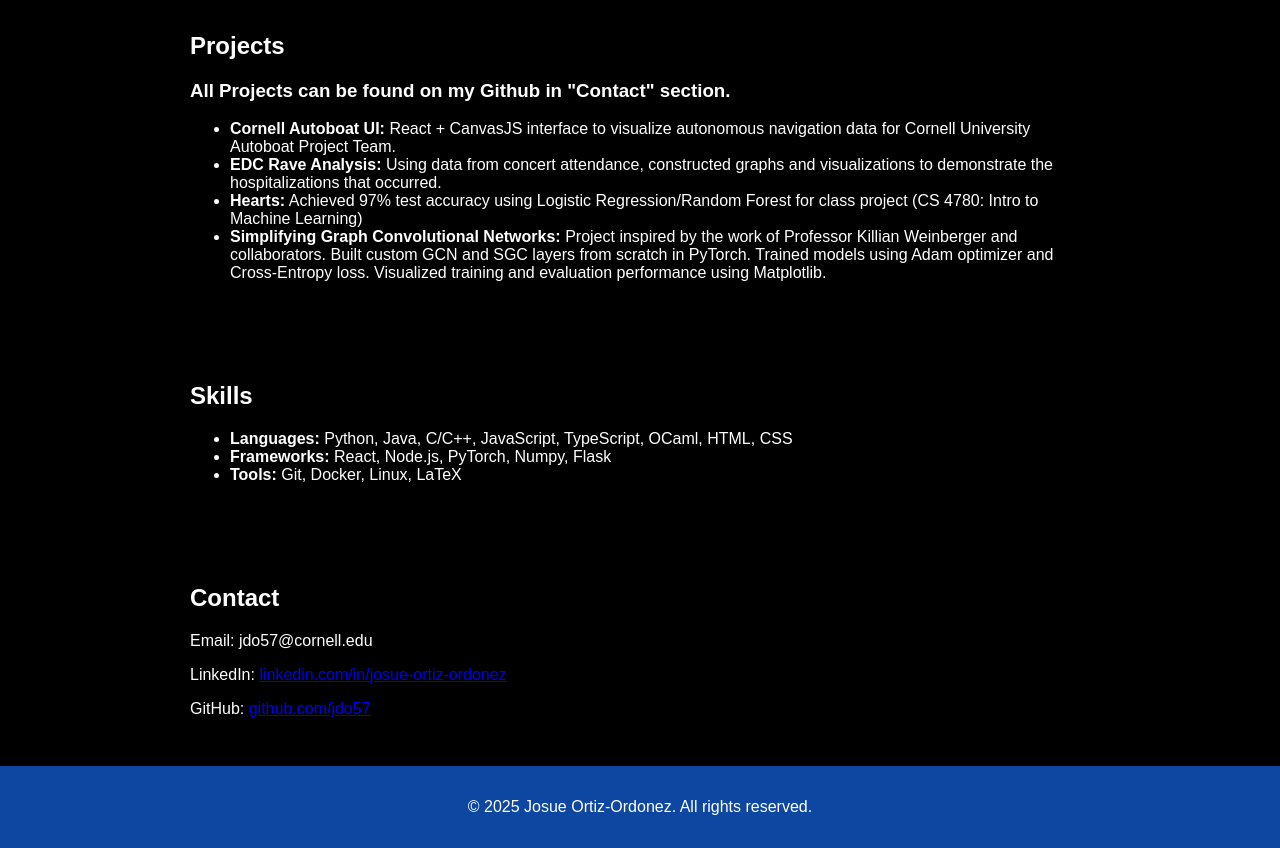
Repository: jdo57/Website
Page: index.html
These files come from the project's save history. The page is drawn as it stood at one moment and after the next save; the edit follows.
The browser window is 1280 px wide. The pictures show the part of the page from y = 1281 to 2129 px (the page is 2129 px tall before and 2095 px after).
A picture or video elsewhere on the page could not be fetched, so the positions and the page height are approximate.

Above is the page before, as saved 2025-05-26 21:42:33.

### index.html
<!DOCTYPE html>
<html lang="en">
<head>
  <meta charset="UTF-8" />
  <meta name="viewport" content="width=device-width, initial-scale=1.0" />
  <title>Josue Ortiz-Ordonez | Portfolio</title>
  <style>
    :root {
      --primary-color: #0d47a1;
      --background-color: #000000;
      --text-color: #ffffff;
      --accent-color: #1976d2;
    }

    body {
      margin: 0;
      font-family: Arial, sans-serif;
      background-color: var(--background-color);
      color: var(--text-color);
    }

    header {
      background-color: var(--primary-color);
      padding: 2rem;
      text-align: center;
    }

    header h1 {
      margin: 0;
      font-size: 2.5rem;
    }

    nav {
      display: flex;
      justify-content: center;
      background-color: var(--accent-color);
      padding: 0.5rem;
    }

    nav a {
      margin: 0 1rem;
      color: white;
      text-decoration: none;
      font-weight: bold;
    }

    nav a:hover {
      text-decoration: underline;
    }

    section {
      padding: 2rem;
      max-width: 900px;
      margin: auto;
    }

    footer {
      background-color: var(--primary-color);
      color: white;
      text-align: center;
      padding: 1rem;
      position: relative;
    }

  </style>
</head>
<body>
  <header>
    <h1>Josue Ortiz-Ordonez</h1>
    <p>Software/Machine Learning Engineer</p>
  </header>

  <nav>
    <a href="#about">About</a>
    <a href="#projects">Projects</a>
    <a href="#skills">Skills</a>
    <a href="#contact">Contact</a>
  </nav>

  <section id="about" style="display: flex; flex-wrap: wrap; gap: 2rem; align-items: center; justify-content: center; padding: 3rem 1rem; background-color: #000;">
    <!-- Profile Image + Icons -->
    <div style="text-align: center;">
      <img src="./images/me.jpeg" alt="Josue Ortiz-Ordonez" style="width: 200px; border-radius: 50%; border: 3px solid #1976d2;" />
      <div style="margin-top: 1rem;">
        <a href="mailto:jdo57@cornell.edu" target="_blank" style="margin: 0 10px;">
          <img src="https://img.icons8.com/ios-filled/30/ffffff/new-post.png" alt="Email"/>
        </a>
        <a href="https://www.linkedin.com/in/josue-ortiz-ordonez" target="_blank" style="margin: 0 10px;">
          <img src="https://img.icons8.com/ios-filled/30/ffffff/linkedin.png" alt="LinkedIn"/>
        </a>
        <a href="https://github.com/jdo57" target="_blank" style="margin: 0 10px;">
          <img src="https://img.icons8.com/ios-filled/30/ffffff/github.png" alt="GitHub"/>
        </a>
      </div>
    </div>

    <!-- About Text -->
    <div style="max-width: 500px;">
      <h2>About Me</h2>
      <p>
        My name is Josue Ortiz-Ordonez and I am currently a student at Cornell University within
        the College of Engineering. I am a computer science major with potential minors in operations
        research in engineering (ORIE) and Latino Studies!
      </p>
    </div>
  </section>


  <section id="projects">
    <h2>Projects</h2>
    <h3> All Projects can be found on my Github in "Contact" section. </h3>
    <ul>
      <li><strong>Cornell Autoboat UI:</strong> React + CanvasJS interface to visualize autonomous navigation data for Cornell University Autoboat Project Team.</li>
      <li><strong>EDC Rave Analysis:</strong>  Using data from concert attendance, constructed graphs and visualizations to demonstrate the hospitalizations that occurred.</li>
      <li><strong>Hearts:</strong> Achieved 97% test accuracy using Logistic Regression/Random Forest for
      class project (CS 4780: Intro to Machine Learning)</li>
      <li> <strong> Simplifying Graph Convolutional Networks:</strong>
        Project inspired by the work of Professor Killian Weinberger and collaborators.
        Built custom GCN and SGC layers from scratch in PyTorch. Trained models using Adam optimizer and Cross-Entropy loss.
        Visualized training and evaluation performance using Matplotlib.
      </li>

    </ul>
  </section>

  <section id="skills">
    <h2>Skills</h2>
    <ul>
      <li><strong> Languages:</strong> Python, Java, C/C++, JavaScript, TypeScript, OCaml, HTML, CSS </li>
      <li><strong>Frameworks:</strong> React, Node.js, PyTorch, Numpy, Flask</li>
      <li><strong>Tools:</strong> Git, Docker, Linux, LaTeX</li>
    </ul>
  </section>

  <section id="contact">
    <h2>Contact</h2>
    <p>Email: jdo57@cornell.edu</p>
    <p>LinkedIn: <a href="https://www.linkedin.com/in/josue-ortiz-ordonez/" target="_blank">linkedin.com/in/josue-ortiz-ordonez</a></p>
    <p>GitHub: <a href="https://github.com/jdo57" target="_blank">github.com/jdo57</a></p>
  </section>

  <footer>
    <p>&copy; 2025 Josue Ortiz-Ordonez. All rights reserved.</p>
  </footer>
</body>
</html>

After the next save:
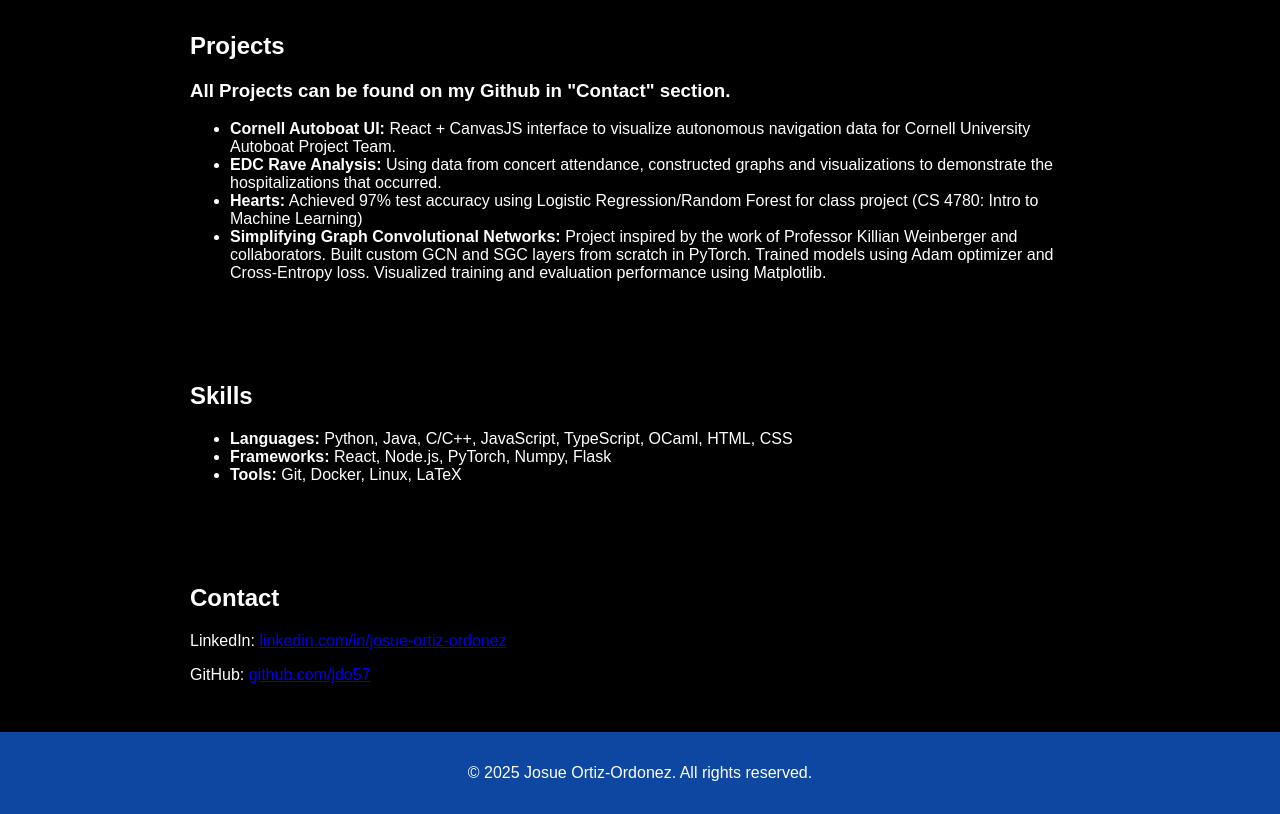
Saved 7 s later.
--- a/index.html
+++ b/index.html
@@ -134,7 +134,7 @@
 
   <section id="contact">
     <h2>Contact</h2>
-    <p>Email: jdo57@cornell.edu</p>
+    <p><sEmail: jdo57@cornell.edu</p>
     <p>LinkedIn: <a href="https://www.linkedin.com/in/josue-ortiz-ordonez/" target="_blank">linkedin.com/in/josue-ortiz-ordonez</a></p>
     <p>GitHub: <a href="https://github.com/jdo57" target="_blank">github.com/jdo57</a></p>
   </section>

After the save that followed:
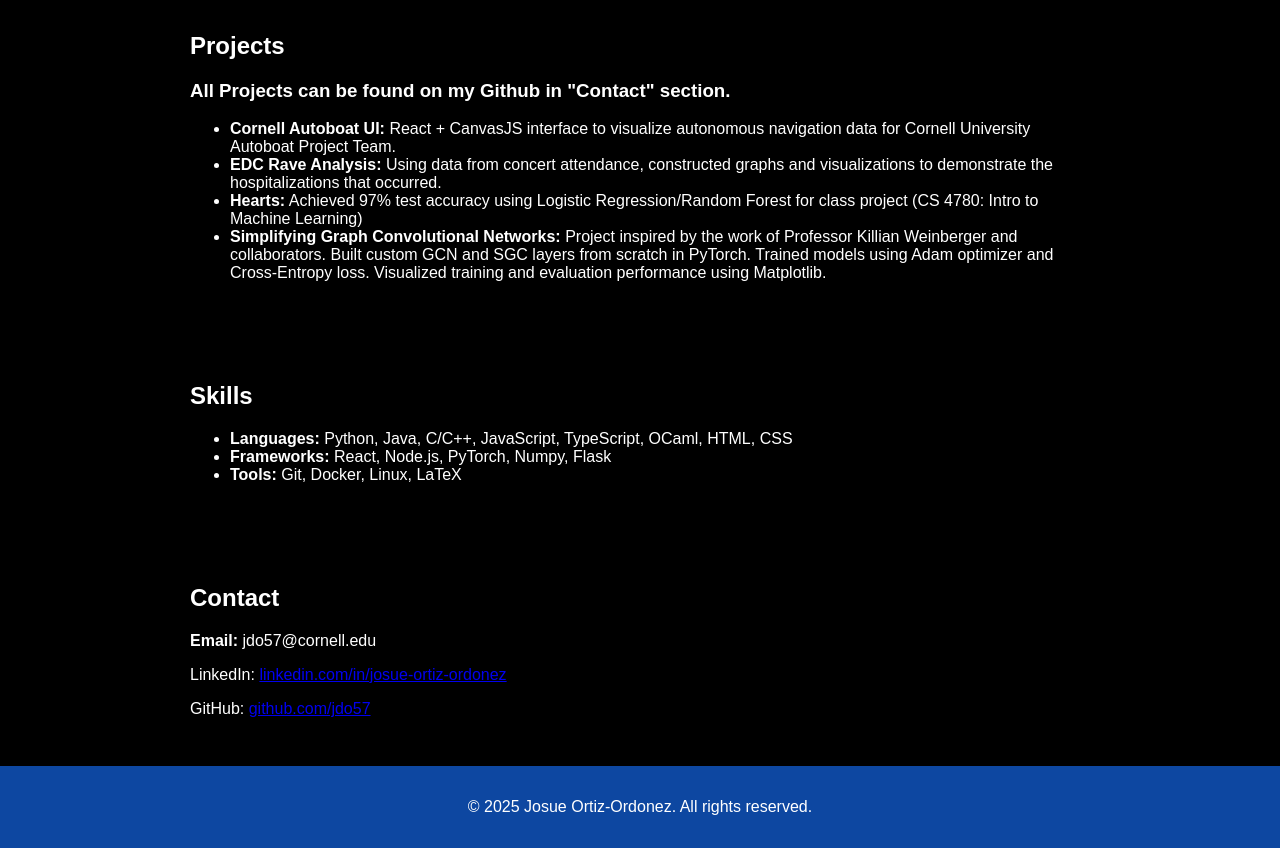
Saved 5 s later.
--- a/index.html
+++ b/index.html
@@ -134,7 +134,7 @@
 
   <section id="contact">
     <h2>Contact</h2>
-    <p><sEmail: jdo57@cornell.edu</p>
+    <p><strong> Email:</strong> jdo57@cornell.edu</p>
     <p>LinkedIn: <a href="https://www.linkedin.com/in/josue-ortiz-ordonez/" target="_blank">linkedin.com/in/josue-ortiz-ordonez</a></p>
     <p>GitHub: <a href="https://github.com/jdo57" target="_blank">github.com/jdo57</a></p>
   </section>
